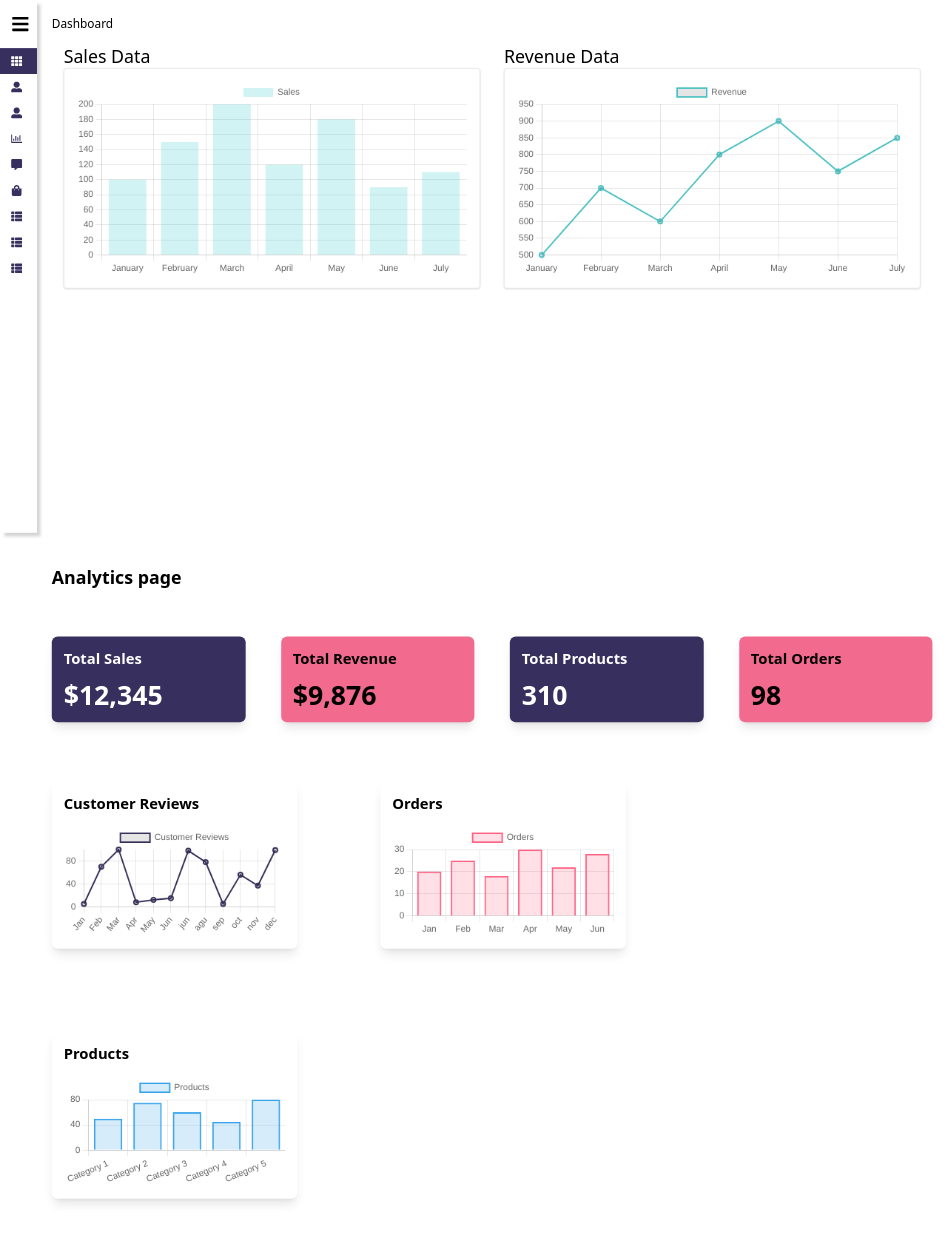
Repository: AndargWorku12/admin-dashboard
Page: /
These files come from the project's save history. The page is drawn as it stood at one moment and after the next save; the edit follows.
The browser window is 1280 px wide. The pictures show the whole page, at 74% of full size.
The project was rebuilt for these pictures with package versions that can differ from the ones it lists, and the page was loaded fresh each time. Also part of the build but not shown: src/styles/orders.css, src/pages/OrderTable.tsx, src/pages/OrderModal.tsx, src/pages/Orders.tsx, src/pages/CategoryDropdown.tsx, src/pages/CategoryModal.tsx, src/pages/CategoryPage.tsx, src/styles/login.css and 9 more.

Above is the page before, as saved 2024-02-02 02:44:20.

### src/index.tsx
import { ColorModeScript } from "@chakra-ui/react"
import * as React from "react"
import * as ReactDOM from "react-dom/client"
import App from "./App"
import './index.css'

const container = document.getElementById("root")
if (!container) throw new Error('Failed to find the root element');
const root = ReactDOM.createRoot(container)

root.render(

  <React.StrictMode>
    <ColorModeScript />
    <App />
  </React.StrictMode>,

)

### src/App.tsx

import React, {useState} from 'react';
import { BrowserRouter, Route, Routes } from 'react-router-dom';
import Sidebar from './components/Sidebar';
import Dashboard from './pages/Dashboard';
// import SignUpForm from './pages/LoginPopup'
import Orders from './pages/Orders';
import Category from './pages/CategoryPage';
import Login from './pages/Login'
import Analytics from './pages/Analytics';
import CustemerReview from './pages/CustemerReview';
import ProductList from './pages/ProductList';
import ShopCard from './pages/ShopCard';
import './App.css'
import SignUpForm from './pages/SignUpForm';
import ForgotPassword from './pages/ForgetPassword';
import AnalyticsPage from './pages/Analytics';



type SaleData = {
  date: string;
  amount: number;
};

type RevenueData = {
  month: string;
  revenue: number;
};

type Product = {
    id: string;
    photo: string;
    name: string;
    price: number;
    category: string;
};

type Order = {
    id: string;
    productName: string;
    quantity: number;
    totalPrice: number;

};

type CategoryType = {
  id: string;
  photo:string;
  name: string;
};



// Sample props for components
type DashboardProps = {
  saleData: SaleData[];
  revenueData: RevenueData[];
  // ... other props
};

type AnalyticsProps = {
  salesData: SaleData[];
  // ... other props
};

type ProductProps = {
  products: Product[];
  onUpdate: (productId: string, updatedProduct: Product) => void;

};




type OrderProps = {
  orders: Order[];
  // ... other props
};

type CategoryProps = {
  categories: CategoryType[];
  // ... other props
};







const App: React.FC = () => {


// for the product page to handle
  const [products, setProducts] = useState<Product[]>([


    {
      id: '1',
      photo: 'https://img.ltwebstatic.com/images3_pi/2022/01/10/16417919016a32607182dd11dedeb77e8324b683e8_thumbnail_900x.webp',
      name: 'Product 1',
      price: 29.99,
      category: 'Electronics',
    },
    {
      id: '2',
      photo: 'https://img.ltwebstatic.com/images3_pi/2022/01/10/16417919016a32607182dd11dedeb77e8324b683e8_thumbnail_900x.webp',
      name: 'Product 2',
      price: 49.99,
      category: 'Clothing',
    },
    {
      id: '3',
      photo: 'https://img.ltwebstatic.com/images3_pi/2022/01/10/16417919016a32607182dd11dedeb77e8324b683e8_thumbnail_900x.webp',
      name: 'Product 3',
      price: 9.99,
      category: 'Books',
    },
    {
      id: '4',
      photo: 'https://img.ltwebstatic.com/images3_pi/2022/01/10/16417919016a32607182dd11dedeb77e8324b683e8_thumbnail_900x.webp',
      name: 'Product 4',
      price: 79.99,
      category: 'Home and Kitchen',
    },
    {
      id: '5',
      photo: 'https://img.ltwebstatic.com/images3_pi/2022/01/10/16417919016a32607182dd11dedeb77e8324b683e8_thumbnail_900x.webp',
      name: 'Product 5',
      price: 39.99,
      category: 'Toys',
    },



  ]);

  // Function to handle creating a new product
  const handleCreate = (newProduct: Product) => {
    setProducts((prevProducts) => [...prevProducts, newProduct]);
  };

  // Function to handle updating a product

  const handleUpdate = (productId: string, newName: string, newPrice: number) => {
    setProducts((prevProducts) =>
      prevProducts.map((product) =>
        product.id === productId
          ? { ...product, name: newName, price: newPrice }
          : product
      )
    );
  };



  // Function to handle deleting a product
  const handleDelete = (productId: string) => {
    setProducts((prevProducts) => prevProducts.filter((product) => product.id !== productId));
  };

//  for AnalyticsPage
// for category page


const [categories, setCategories] = useState<CategoryType[]>([
  {
    id: '1',
    photo: 'https://plus.unsplash.com/premium_photo-1661662850226-83c981ed4eba?w=500&auto=format&fit=crop&q=60&ixlib=rb-4.0.3&ixid=M3wxMjA3fDB8MHxzZWFyY2h8MXx8bGFwdG9wJTIwY29tcHV0ZXJ8ZW58MHx8MHx8fDA%3D',
    name: 'Category 1',
  },
  {
    id: '2',
    photo: 'https://plus.unsplash.com/premium_photo-1661662850226-83c981ed4eba?w=500&auto=format&fit=crop&q=60&ixlib=rb-4.0.3&ixid=M3wxMjA3fDB8MHxzZWFyY2h8MXx8bGFwdG9wJTIwY29tcHV0ZXJ8ZW58MHx8MHx8fDA%3D',
    name: 'Category 2',
  },
  {
    id: '3',
    photo: 'https://plus.unsplash.com/premium_photo-1661662850226-83c981ed4eba?w=500&auto=format&fit=crop&q=60&ixlib=rb-4.0.3&ixid=M3wxMjA3fDB8MHxzZWFyY2h8MXx8bGFwdG9wJTIwY29tcHV0ZXJ8ZW58MHx8MHx8fDA%3D',
    name: 'Category 3',
  },
  {
    id: '4',
    photo: 'https://plus.unsplash.com/premium_photo-1661662850226-83c981ed4eba?w=500&auto=format&fit=crop&q=60&ixlib=rb-4.0.3&ixid=M3wxMjA3fDB8MHxzZWFyY2h8MXx8bGFwdG9wJTIwY29tcHV0ZXJ8ZW58MHx8MHx8fDA%3D',
    name: 'Category 4',
  },

]);

// Function to handle creating a new category
// const handleCreateCategory = (newCategory: CategoryType) => {
//   setCategories((prevCategories) => [...prevCategories, newCategory]);
// };
const handleCreateCategory = (newCategory: CategoryType) => {
  // Add the new category to the list of categories
  setCategories((prevCategories) => [...prevCategories, newCategory]);
};

const handleUpdateCategory = (categoryId: string, newName: string) => {
  setCategories((prevCategories) =>
    prevCategories.map((category) =>
      category.id === categoryId ? { ...category, name: newName } : category
    )
  );
};

// Function to handle deleting a category
const handleDeleteCategory = (categoryId: string) => {
  setCategories((prevCategories) => prevCategories.filter((category) => category.id !== categoryId));
};

  const saleData: SaleData[] = [
    { date: '2022-01-01', amount: 100 },
    { date: '2022-01-02', amount: 150 },
    { date: '2022-01-03', amount: 200 },
    { date: '2022-01-04', amount: 120 },
    { date: '2022-01-05', amount: 180 },
    { date: '2022-01-06', amount: 90 },
    { date: '2022-01-07', amount: 110 },
    { date: '2022-01-08', amount: 130 },
    { date: '2022-01-09', amount: 170 },
    { date: '2022-01-10', amount: 160 },
  ];

  const revenueData: RevenueData[] = [
    { month: 'January', revenue: 500 },
    { month: 'February', revenue: 700 },
    { month: 'March', revenue: 600 },
    { month: 'April', revenue: 800 },
    { month: 'May', revenue: 900 },
    { month: 'June', revenue: 750 },
    { month: 'July', revenue: 850 },
    { month: 'August', revenue: 950 },
    { month: 'September', revenue: 700 },
    { month: 'October', revenue: 850 },
  ];


   const [orders, setOrders] = useState<Order[]>([
    {
      id: '1',
      productName: 'Laptop',
      quantity: 2,
      totalPrice: 2000,
    },
    {
      id: '2',
      productName: 'Smartphone',
      quantity: 3,
      totalPrice: 1200,
    },
    {
      id: '3',
      productName: 'Headphones',
      quantity: 1,
      totalPrice: 100,
    },
    {
      id: '4',
      productName: 'Camera',
      quantity: 1,
      totalPrice: 800,
    },

   ]);

  // Function to create a new order
  const handleCreateOrder = (newOrder: Order) => {
    setOrders((prevOrders) => [...prevOrders, newOrder]);
  };

  // Function to delete an order
  const handleDeleteOrder = (orderId: string) => {
    const updatedOrders = orders.filter(order => order.id !== orderId);
    setOrders(updatedOrders);
  };

  // Function to update an order
  const handleUpdateOrder = (orderId: string, updatedOrder: Order) => {
    // Placeholder implementation: Updating the order in the list
    setOrders((prevOrders) =>
      prevOrders.map((order) =>
        order.id === orderId ? { ...order, ...updatedOrder } : order
      )
    );
  };

  return (
    <div>
    <BrowserRouter>
    <Sidebar>
      <Routes>
        <Route path="/" element={<Dashboard saleData={saleData} revenueData={revenueData}  />} />
        <Route path="/dashboard" element={<Dashboard saleData={saleData} revenueData={revenueData}  />} />
       <Route path="/login" element={<Login/>}/>
       <Route path='/forget-password' element={<ForgotPassword/>}/>
        <Route path="/signup" element={<SignUpForm />} />
        <Route path="/review"element={<CustemerReview username="John" joinedDate="2022-01-01" reviewDate="2022-01-15" reviewText="Lorem ipsum" />}
/>

        <Route path="/analytics" element={<Analytics  />} />
        <Route
  path="/product"
  element={<ProductList />}
/>
        <Route path="/shop" element={<ShopCard />} />
        <Route
        path="/orders"
        element={
          <Orders
/>
        }
      />

        <Route
            path="/category"
            element={<Category />}
          />

      </Routes>
    </Sidebar>
  </BrowserRouter>
  </div>
  );
};

export default App;

### src/components/Sidebar.tsx
import React, { useState } from 'react';
import ReactNode from "react";
import {
    FaTh,
    FaBars,
    FaUserAlt,
    FaRegChartBar,
    FaCommentAlt,
    FaShoppingBag,
    FaThList
} from 'react-icons/fa';
import { NavLink, NavLinkProps } from 'react-router-dom';



interface MenuItem {
    path: string;
    name: string;
    icon: JSX.Element;
}

interface SidebarProps {
  children: React.ReactNode;
}
    const Sidebar: React.FC<React.PropsWithChildren<{}>> = ({ children }) => {
    const [isOpen, setIsOpen] = useState(false);

    const toggle = () => setIsOpen(!isOpen);

    const menuItems: MenuItem[] = [
        {
            path: '/',
            name: 'Dashboard',
            icon: <FaTh />,
        },
        {
            path: '/login',
            name: 'Login',
            icon: <FaUserAlt />,
        },
        {
          path: '/signup',
          name: 'Register form',
          icon: <FaUserAlt />,
      },
        {
            path: '/analytics',
            name: 'Analytics',
            icon: <FaRegChartBar />,
        },
        {
            path: '/review',
            name: 'CustemerReview',
            icon: <FaCommentAlt />,
        },
        {
            path: '/product',
            name: 'Product',
            icon: <FaShoppingBag />,
        },
        {
            path: '/category',
            name: 'Category List',
            icon: <FaThList />,
        },
        {
          path: '/orders',
          name: 'Orders',
          icon: <FaThList />,
      },
      {
        path: '/shop',
        name: 'Sample product',
        icon: <FaThList />,
    },
    ];

    return (
        <div className="container">
            <div style={{ width: isOpen ? '200px' : '50px' }} className="sidebar">
                <div className="top_section">
                    <h1 style={{ display: isOpen ? 'block' : 'none' }} className="logo">
                        Logo
                    </h1>
                    <div style={{ marginLeft: isOpen ? '50px' : '0px' }} className="bars">
                        <FaBars onClick={toggle} />
                    </div>
                </div>
                {menuItems.map((item, index) => (
                    <NavLink to={item.path} key={index} className="link"
                    //  activeClassName="active"
                     >
                        <div className="icon">{item.icon}</div>
                        <div style={{ display: isOpen ? 'block' : 'none' }} className="link_text text-sm">
                            {item.name}
                        </div>
                    </NavLink>
                ))}
            </div>
            <main>{children}</main>
        </div>
    );
};

export default Sidebar;

### src/pages/Dashboard.tsx
import React from 'react';
import { Bar, Line } from 'react-chartjs-2';
import {
  Chart as ChartJS,
  CategoryScale,
  LinearScale,
  BarElement,
  PointElement,
  LineElement,
  Title,
  Tooltip,
  Legend,
} from 'chart.js';
import AnalyticsPage from './Analytics';

ChartJS.register(
  CategoryScale,
  LinearScale,
  BarElement,
  PointElement,
  LineElement,
  Title,
  Tooltip,
  Legend
);
// import Chart from 'chart.js/auto';
// Assuming saleData and revenueData are custom types
type SaleData = {
  date: string;
  amount: number;
};

type RevenueData = {
  month: string;
  revenue: number;
};

interface DashboardProps {
  saleData: SaleData[];
  revenueData: RevenueData[];
}

const Dashboard: React.FC<DashboardProps> = ({ saleData, revenueData }) => {
  const barChartData = {
    labels: ['January', 'February', 'March', 'April', 'May', 'June', 'July'],
    datasets: [
      {
        label: 'Sales',
        data: saleData.map((data) => data.amount),
        backgroundColor: 'rgba(34,192,192,0.2)',



      },
    ],
  };

  const lineChartData = {
    labels: ['January', 'February', 'March', 'April', 'May', 'June', 'July'],
    datasets: [
      {
        label: 'Revenue',
        data: revenueData.map((data) => data.revenue),
        fill: false,
        borderColor: 'rgba(75,192,192,1)',
        borderWidth: 2,
        //some thing


      },
    ],
  };

  return (
    <div>
      <h2>Dashboard</h2>
<div className="flex h-screen">
      <div className="flex-1 max-w-screen-md p-4">
        <h3 className="text-2xl">Sales Data</h3>
        <div className="border p-4 bg-white rounded shadow">
        <Bar data={barChartData} />
      </div>
      </div>

      <div className="flex-1 max-w-screen-md p-4">
        <h3 className="text-2xl">Revenue Data</h3>
        <div className="border p-4 bg-white rounded shadow" >
        <Line data={lineChartData} />
        </div>
      </div>
      </div>
      <div>
      <AnalyticsPage/>
      </div>
    </div>
  );
};

export default Dashboard;











// import React from 'react';
// import { Bar, Line } from 'react-chartjs-2';

// interface DashboardProps {
//   saleData: saleData[];
//   revenueData: revenueData[];
// }

// const Dashboard: React.FC<DashboardProps> = ({ saleData, revenueData }) => {
//   const barChartData = {
//     labels: ['January', 'February', 'March', 'April', 'May', 'June', 'July'],
//     datasets: [
//       {
//         label: 'Sales',
//         data: saleData,
//         backgroundColor: 'rgba(75,192,192,0.2)',
//         borderColor: 'rgba(75,192,192,1)',
//         borderWidth: 1,
//       },
//     ],
//   };

//   const lineChartData = {
//     labels: ['January', 'February', 'March', 'April', 'May', 'June', 'July'],
//     datasets: [
//       {
//         label: 'Revenue',
//         data: revenueData,
//         fill: false,
//         borderColor: 'rgba(75,192,192,1)',
//         borderWidth: 2,
//       },
//     ],
//   };

//   return (
//     <div>
//       <h2>Dashboard</h2>

//       <div>
//         <h3>Sales Data</h3>
//         <Bar data={barChartData} />
//       </div>

//       <div>
//         <h3>Revenue Data</h3>
//         <Line data={lineChartData} />
//       </div>
//     </div>
//   );
// };

// export default Dashboard;

### src/pages/Analytics.tsx

// Install dependencies:
// npm install react-chartjs-2 chart.js

import React from 'react';
import { Bar, Line } from 'react-chartjs-2';
import '../styles/analytics.css'
const AnalyticsPage: React.FC = () => {
  // Sample data
  const customerReviewData = {
    labels: ['Jan', 'Feb', 'Mar', 'Apr', 'May', 'Jun','jun','agu','sep','oct','nov','dec'],
    datasets: [
      {
        label: 'Customer Reviews',
        data: [5, 70, 100, 8, 12, 15,98,78,5,56,37,99],
        borderColor: '#37305A',
        borderWidth: 2,
        fill: false,
      },
    ],
  };

  const ordersData = {
    labels: ['Jan', 'Feb', 'Mar', 'Apr', 'May', 'Jun'],
    datasets: [
      {
        label: 'Orders',
        data: [20, 25, 18, 30, 22, 28],
        backgroundColor: 'rgba(255, 99, 132, 0.2)',
        borderColor: 'rgba(255, 99, 132, 1)',
        borderWidth: 2,
      },
    ],
  };

  const productsData = {
    labels: ['Category 1', 'Category 2', 'Category 3', 'Category 4', 'Category 5'],
    datasets: [
      {
        label: 'Products',
        data: [50, 75, 60, 45, 80],
        backgroundColor: 'rgba(54, 162, 235, 0.2)',
        borderColor: 'rgba(54, 162, 235, 1)',
        borderWidth: 2,
      },
    ],
  };

  return (
    <>
    <h2 className='text-black font-bold text-2xl mb-16'>Analytics page</h2>

    <div className="col-span-4 md:col-span-2 lg:col-span-1 flex justify-between gap-8 mb-20 ">
          <div className="card1 p-4 rounded-lg shadow-lg flex-1 mr-4">
            <h2 className="text-xl font-bold mb-4">Total Sales</h2>
            <p className="text-4xl font-bold">$12,345</p>
          </div>
                {/* <div className='gap-8 col-span-3 md:col-span-2 lg:col-span-1 flex justify-between w-48'> */}
          <div className=" card2 p-4 rounded-lg shadow-lg flex-1 mr-4">
            <h2 className="text-xl font-bold mb-4">Total Revenue</h2>
            <p className="text-4xl font-bold">$9,876</p>
          </div>



          <div className="card1 p-4 rounded-lg shadow-lg flex-1 mr-4">
            <h2 className="text-xl font-bold mb-4">Total Products</h2>
            <p className="text-4xl font-bold">310</p>
          </div>


          <div className="card2 p-4 rounded-lg shadow-lg flex-1">
            <h2 className="text-xl font-bold mb-4">Total Orders</h2>
            <p className="text-4xl font-bold">98</p>
          </div>
          {/* <div className="bg-white p-4 rounded-lg shadow-lg flex-1">
            <h2 className="text-xl font-bold mb-4">Total Categories</h2>
            <p className="text-4xl font-bold">15</p>
          </div> */}
          {/* </div> */}
        </div>
    <div className="container mx-auto my-8 ">

      <div className="grid grid-cols-1 md:grid-cols-1 lg:grid-cols-2 gap-28">
        {/* Customer Reviews Chart */}
        <div className="bg-white p-4 rounded-lg shadow-lg ">
          <h2 className="text-xl font-bold mb-4">Customer Reviews</h2>
          <Line data={customerReviewData} />
        </div>

        {/* Orders Chart */}
        <div className="bg-white p-4 rounded-lg shadow-lg">
          <h2 className="text-xl font-bold mb-4">Orders</h2>
          <Bar data={ordersData} />
        </div>

        {/* Products Chart */}
        <div className="bg-white p-4 rounded-lg shadow-lg ">
          <h2 className="text-xl font-bold mb-4">Products</h2>
          <Bar data={productsData} />
        </div>

        {/* Total Metrics Cards */}
        <div className='col-span-3 md:col-span-2 lg:col-span-1 flex justify-between gap-10'>


        {/* <div className="col-span-3 md:col-span-2 lg:col-span-1 flex justify-between gap-8 w-48">
          <div className="bg-white p-4 rounded-lg shadow-lg flex-1 mr-4">
            <h2 className="text-xl font-bold mb-4">Total Reviews</h2>
            <p className="text-4xl font-bold">135</p>
          </div>




        </div> */}


        </div>
      </div>
    </div>
    </>
  );
};

export default AnalyticsPage;

### src/App.css
* {
    margin: 0;
    padding: 0;
    text-decoration: none;
    /* background: #fff; */
    /* color: #fff; */
    /* background: #0e1630 */
    /* background-color: #0e1630; */
}

.container {
    display: flex;
}

main {
    width: 100%;
    padding: 20px;
}

.sidebar {
    background: #fff;
    /* background: #0e1630; */
    box-shadow: 5px 5px 4px rgb(212, 212, 212);
    color: #000;
    height: 100vh;
    width: 200px;
    transition: all 0.5s;
}

.top_section {
    display: flex;
    align-items: center;
    padding: 20px 15px;
}

.logo {
    font-size: 30px;
}

.bars {
    display: flex;
    font-size: 25px;
    margin-left: 50px;
}

.link {
    display: flex;
    color: #37305F;
    padding: 10px 15px;
    gap: 15px;
    transition: all 0.5s;
}

.link:hover {
    background: #37305F;
    color: #fff;
    transition: all 0.5s;
}

.active {
    background: #37305F;
    color: #fff;
}

.icon,
.link_text {
    font-size: 15px;
}

### src/styles/analytics.css
.card1 {
    background: #37305F;
    color: #fff;
}

.card2 {
    background: #F26A8D;
    color: black;
}

Loaded but not shown: public/index.html (common file); src/index.css (common file); tailwind.config.js (common file)

After the next save:
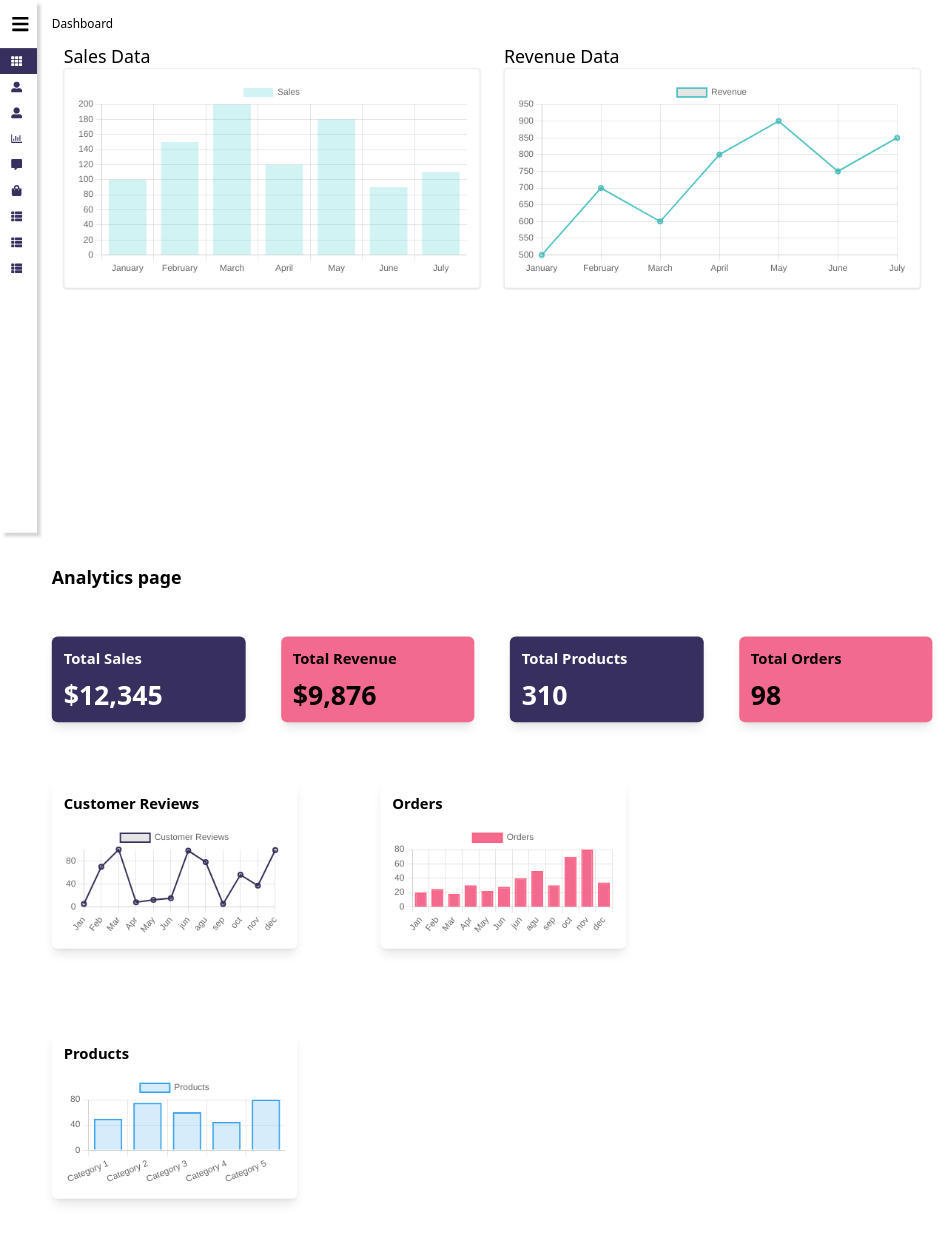
Saved 3 min 25 s later.
--- a/src/pages/Analytics.tsx
+++ b/src/pages/Analytics.tsx
@@ -21,12 +21,12 @@ const AnalyticsPage: React.FC = () => {
   };
 
   const ordersData = {
-    labels: ['Jan', 'Feb', 'Mar', 'Apr', 'May', 'Jun'],
+    labels: ['Jan', 'Feb', 'Mar', 'Apr', 'May', 'Jun','jun','agu','sep','oct','nov','dec'],
     datasets: [
       {
         label: 'Orders',
-        data: [20, 25, 18, 30, 22, 28],
-        backgroundColor: 'rgba(255, 99, 132, 0.2)',
+        data: [20, 25, 18, 30, 22, 28,40,50,30,70,80,34],
+        backgroundColor: '#F26A8D',
         borderColor: 'rgba(255, 99, 132, 1)',
         borderWidth: 2,
       },
